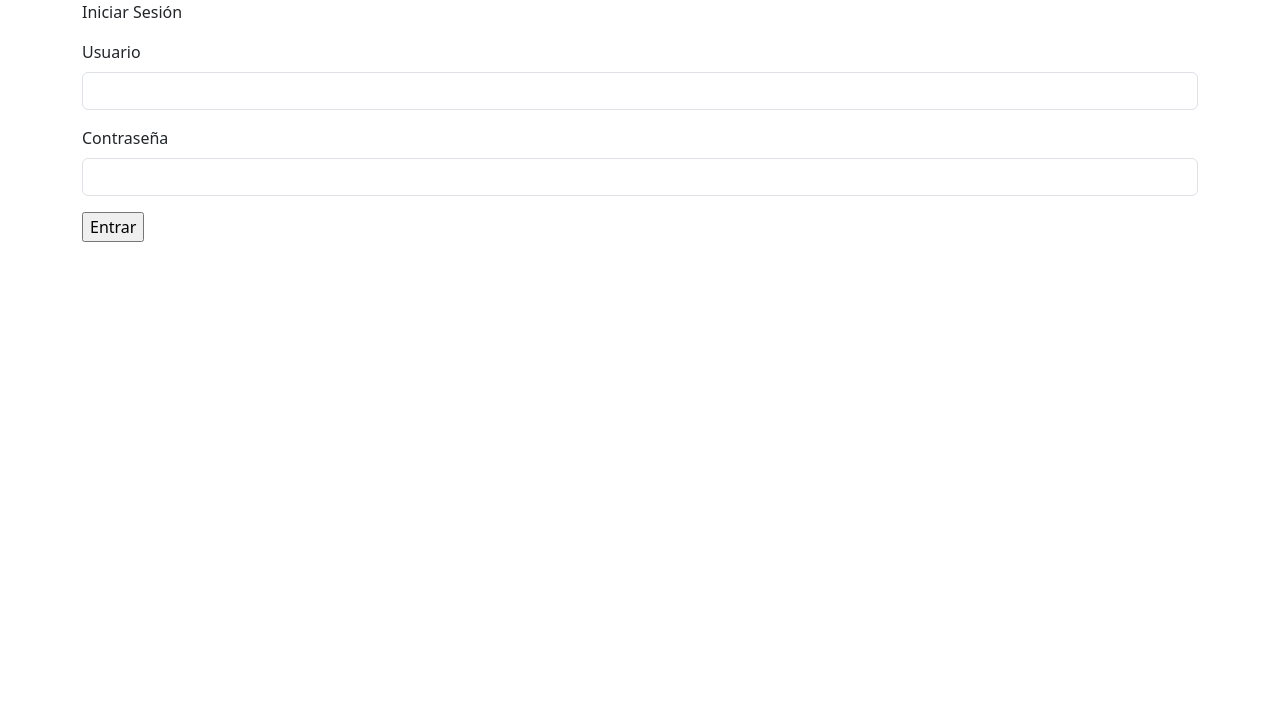
Repository: ingandresmolero/AdministrativoBarber
Page: http://localhost/
An editor plug-in stored every save of this project. The page is shown before and after the next save, followed by the edit.
The browser window is 1280 px wide. The pictures show the whole page.
The page is run by PHP 8.4 with error messages shown; the project is at /var/www/html/. Style sheets and scripts are compiled from the project's sources, by tool versions that may differ from the author's.

Above is the page before, as saved 2023-04-26 12:55:08.

After the next save:
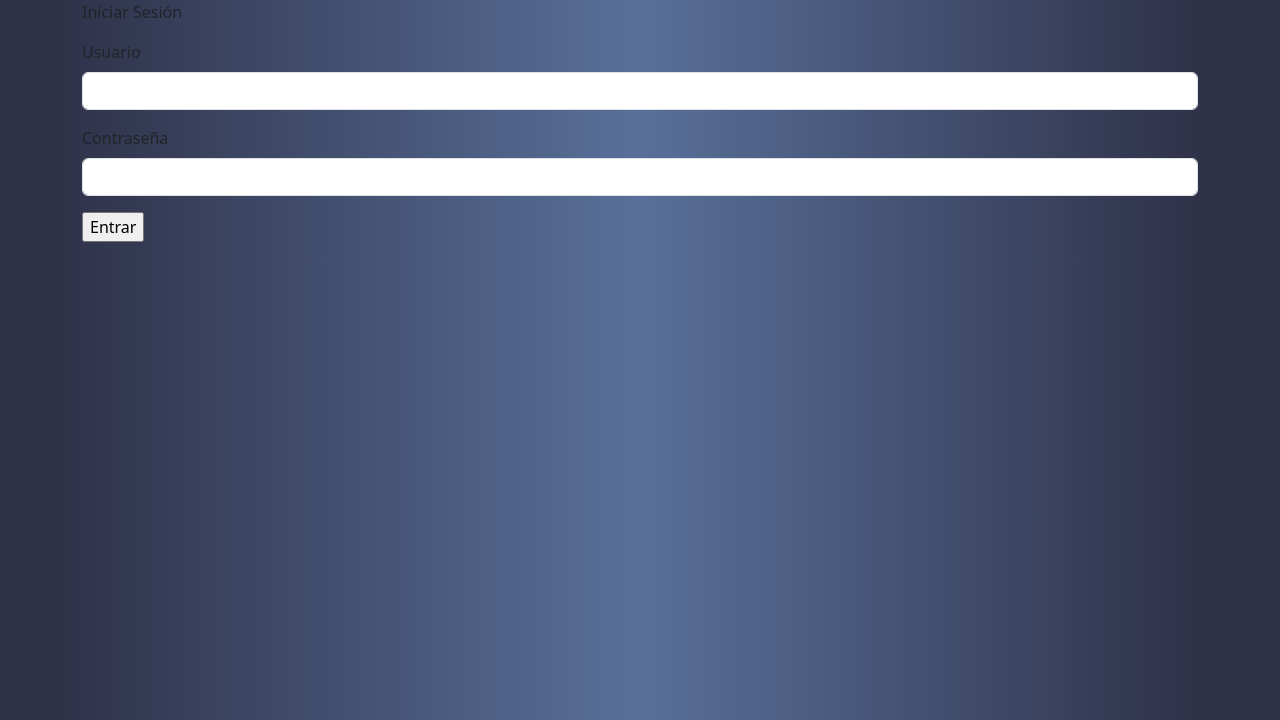
Saved 6 days later.
--- a/NEW/scss/components/login-page.scss
+++ b/NEW/scss/components/login-page.scss
@@ -1 +1,7 @@
 @import "variables";
+
+.login-page {
+    background: rgb(47,49,72);
+    background: linear-gradient(90deg, rgba(47,49,72,1) 4%, rgba(88,112,153,1) 50%, rgba(47,49,72,1) 94%);
+
+}
